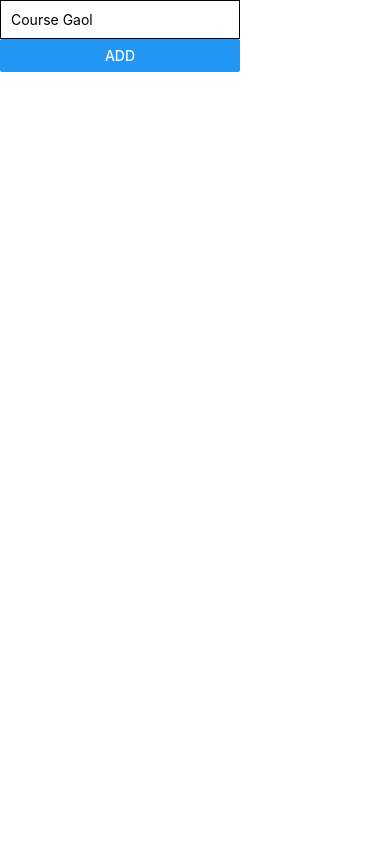
Repository: Zolds403/ReactNativePractice
Screen: /
These files come from the project's save history. The screen is drawn as it stood at one moment and after the next save; the edit follows.
The app was drawn by React Native's web renderer in a window 390 px wide. The project was rebuilt for these pictures with package versions that can differ from the ones it lists, and the page was loaded fresh each time.

Above is the screen before, as saved 2021-07-19 20:25:22.

After the next save:
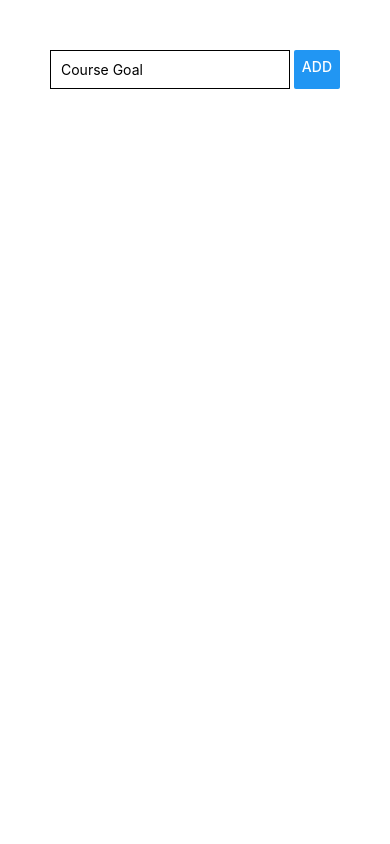
Saved 6 min 30 s later.
--- a/App.js
+++ b/App.js
@@ -4,12 +4,14 @@ import { StyleSheet, Text, View, TextInput, Button } from 'react-native';
 
 export default function App() {
   return (
-    <View style={{flexDirection: 'row', justifyContent: 'space-between'}}>
-      <View>
-        <TextInput placeholder="Course Gaol" style={{borderColor: 'black', borderWidth: 1, padding: 10 }}/>
-        <Button title="ADD" />
-      </View>
-      <View />
-    </View>
+   <View style={{ padding: 50 }}>
+     <View style={{ flexDirection: 'row', justifyContent: 'space-between'}}>
+       <TextInput
+          placeholder="Course Goal" style={{ borderColor: 'black', borderWidth: 1, padding: 10 }}
+       />
+       <Button title="ADD" />
+     </View>
+     <View />
+   </View>
   );
 }
